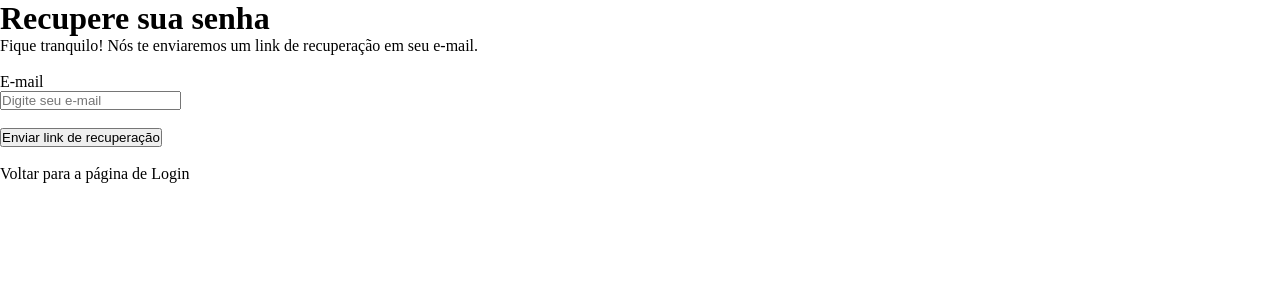
Repository: RenatoCCS/formularios
Page: senha.html
These files come from the project's save history. The page is drawn as it stood at one moment and after the next save; the edit follows.
The browser window is 1280 px wide. The pictures show the whole page.

Above is the page before, as saved 2023-03-27 20:11:58.

After the next save:
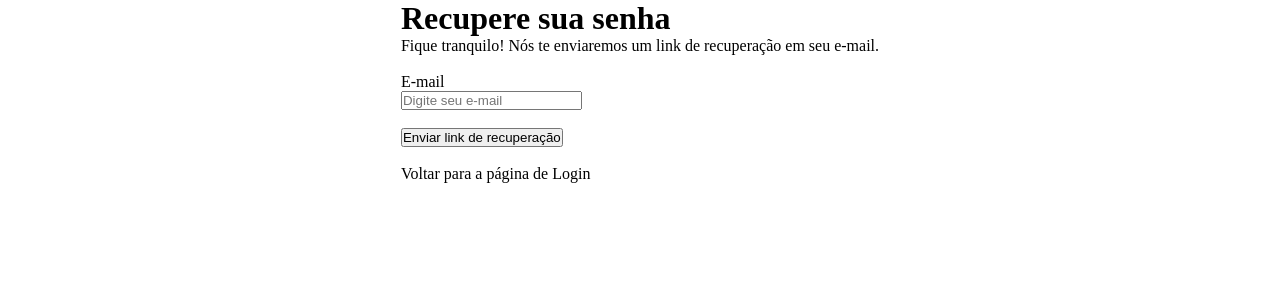
Saved 9 min 16 s later.
--- a/senha.html
+++ b/senha.html
@@ -7,7 +7,7 @@
     <link rel="stylesheet" href="style.css" />
     <title>Recupere sua senha</title>
   </head>
-  <body>
+  <body class="container">
     <form action="">
       <h1>Recupere sua senha</h1>
 
